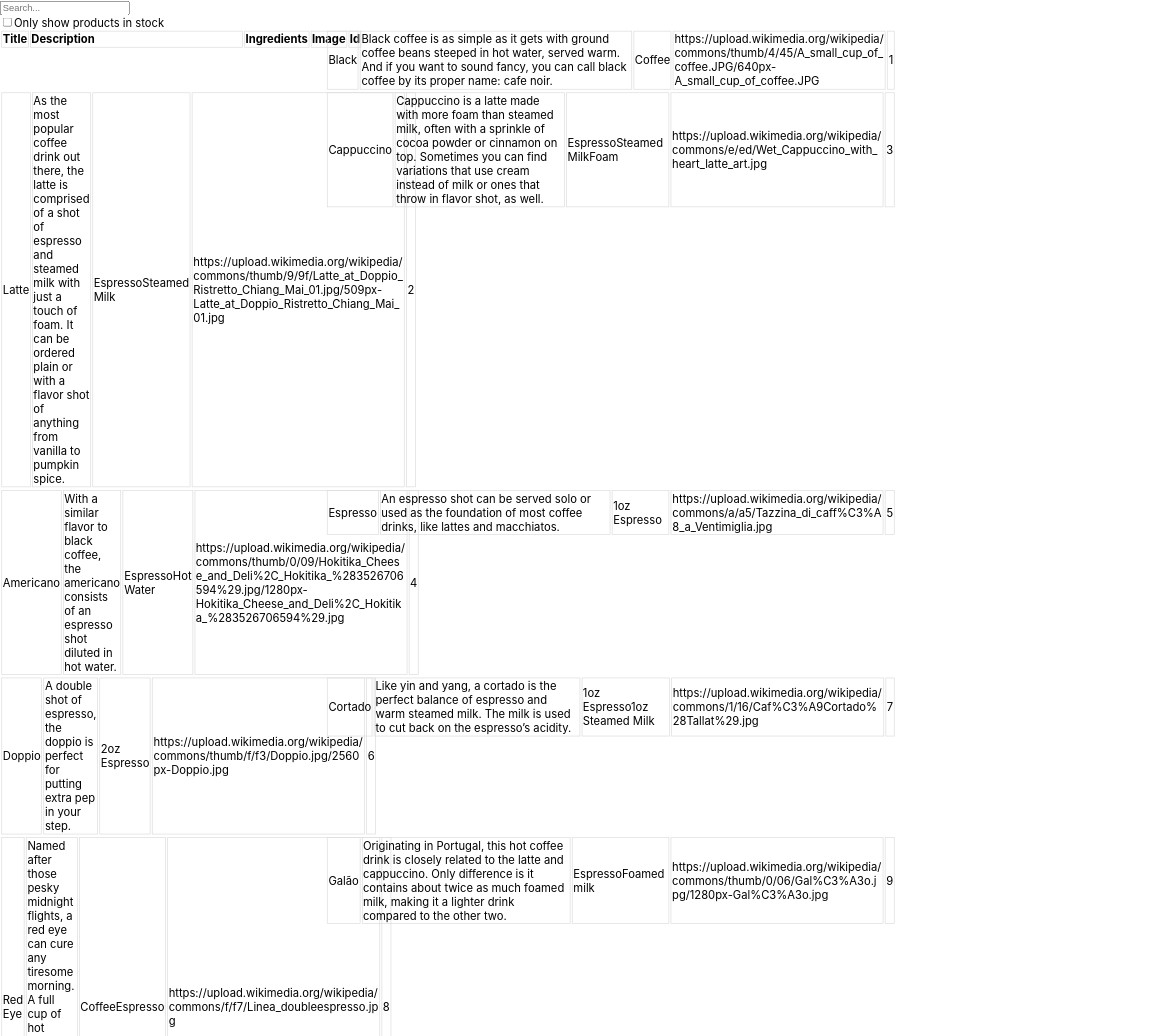
Repository: mariocapitbrok/reactjs-learn
Page: / (app in 05_filtered-data-table/)
The author's editor kept a copy of each file at every save. The page is drawn from the files as they stood at one save, then again after the next save.
The browser window is 1280 px wide. The page is 1280 px wide, then 1673 px, so the pictures cover 1673 px, including what lies to the right of the window. The pictures show the part of the page from y = 0 to 1480 px (the page is 4010 px tall before and 2582 px after), at 70% of full size.
The project was rebuilt for these pictures with package versions that can differ from the ones it lists, and the page was loaded fresh each time.

Above is the page before, as saved 2023-02-26 02:34:26.

After the next save:
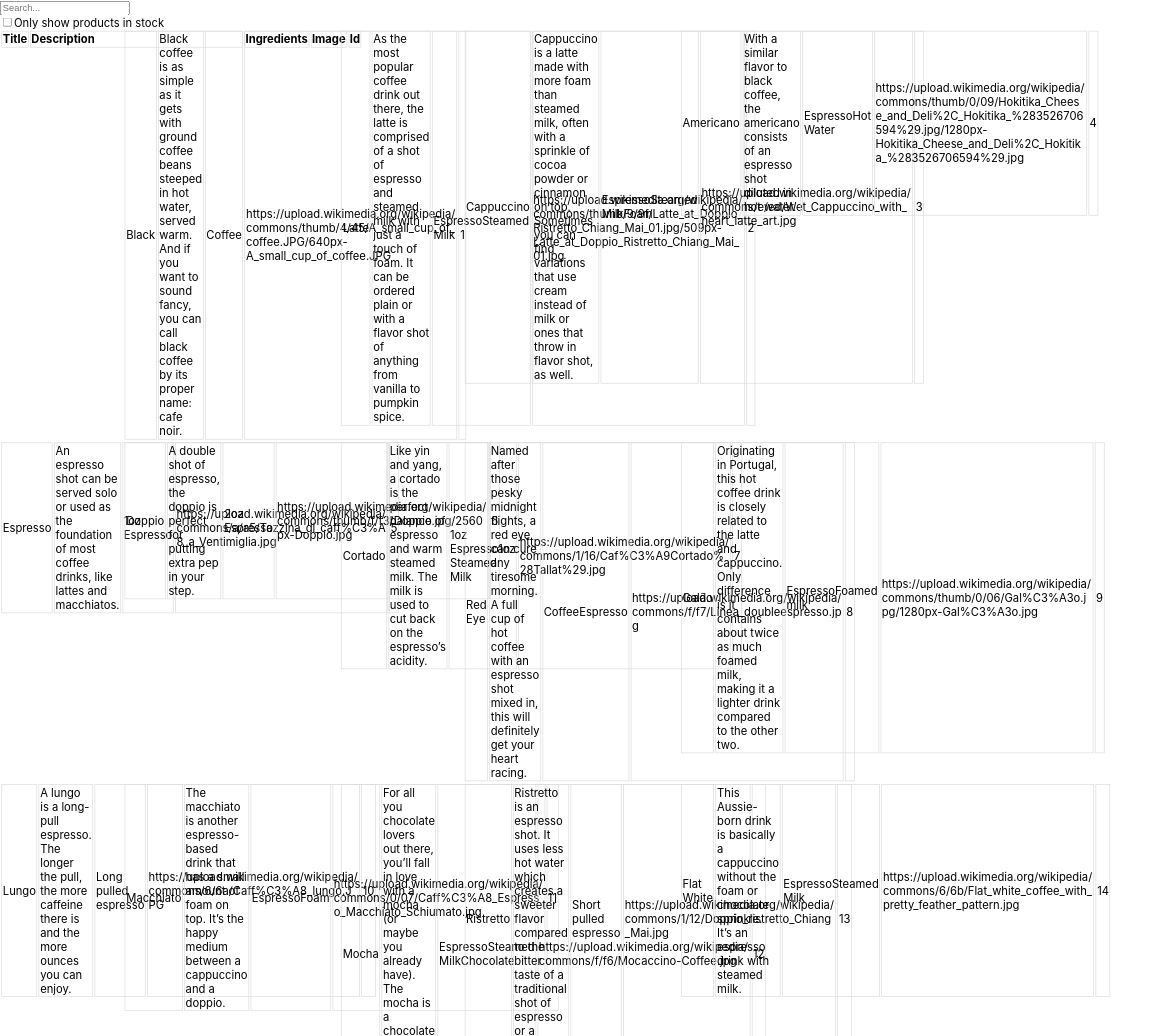
Saved 25 s later.
--- a/05_filtered-data-table/src/App.css
+++ b/05_filtered-data-table/src/App.css
@@ -2,7 +2,7 @@
 /* Table*/
 #my-table {
   display: grid;
-  grid-template-columns: minmax(150px, 1.33fr) minmax(150px, 2.33fr);
+  grid-template-columns: minmax(150px, 1.33fr) minmax(150px, 2.33fr) minmax(150px, 1.33fr) minmax(150px, 2.33fr)  minmax(150px, 2.33fr);
 }
 
 #my-table thead {
